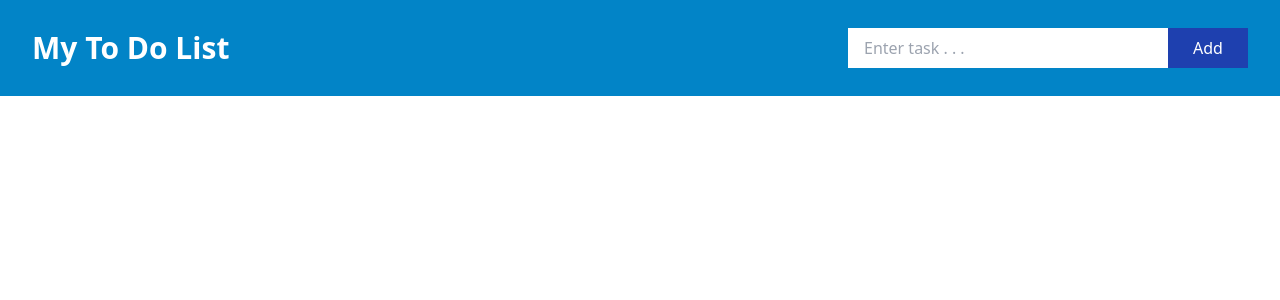
Repository: SaadYasin/react-to-do-list
Page: /
These files come from the project's save history. The page is drawn as it stood at one moment and after the next save; the edit follows.
The browser window is 1280 px wide. The pictures show the whole page.
The project was rebuilt for these pictures with package versions that can differ from the ones it lists, and the page was loaded fresh each time. Also part of the build but not shown: src/App.css.

Above is the page before, as saved 2022-11-05 22:06:36.

### public/index.html
<!DOCTYPE html>
<html lang="en">
  <head>
    <meta charset="utf-8" />
    <link rel="icon" href="%PUBLIC_URL%/favicon.ico" />
    <meta name="viewport" content="width=device-width, initial-scale=1" />
    <meta name="theme-color" content="#000000" />
    <meta
      name="description"
      content="Web site created using create-react-app"
    />
    <link rel="apple-touch-icon" href="%PUBLIC_URL%/logo192.png" />

    <link rel="manifest" href="%PUBLIC_URL%/manifest.json" />

    <title>React | To Do List</title>
  </head>
  <body>
    <noscript>You need to enable JavaScript to run this app.</noscript>
    <div id="root"></div>

  </body>
</html>

### src/App.js
import Header from './components/Header';
import './App.css';

function App() {
  return (
    <div>
      <Header />
    </div>
  );
}

export default App;

### src/components/Header.js
import React from 'react'
import Input from './Input'

const Header = () => {
  return (
    <div className="flex flex-col items-center md:flex-row md:justify-between h-24 bg-sky-600 px-8">
      <h1 className="text-3xl font-bold text-white my-2">My To Do List</h1>
      <Input />
    </div>
  );
}

export default Header

### src/components/Input.js
import React from 'react'

const Input = () => {
  return (
    <div>
      <form className="flex h-10 ">
        <input type="text" placeholder='Enter task . . .' className='px-4 w-80'/>
        <button className="bg-blue-800 w-20 text-white" type='submit'>Add</button>
      </form>
    </div>
  )
}

export default Input

Loaded but not shown: src/index.js (common file); src/index.css (common file); tailwind.config.js (common file)

After the next save:
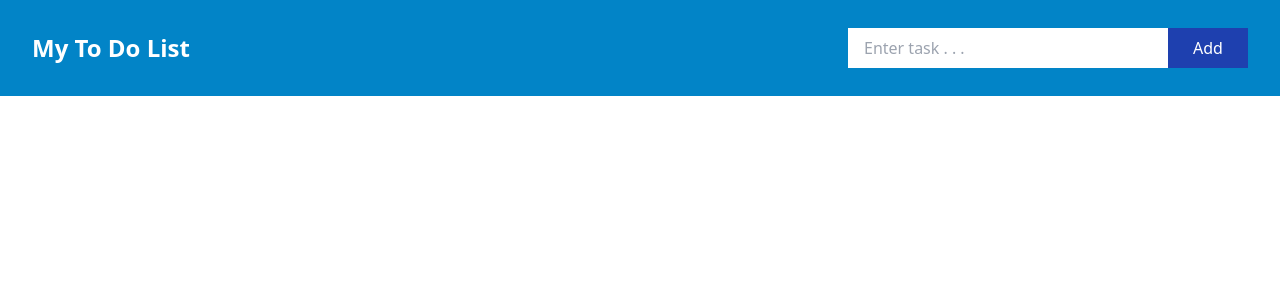
Saved 26 s later.
--- a/src/components/Header.js
+++ b/src/components/Header.js
@@ -4,7 +4,7 @@ import Input from './Input'
 const Header = () => {
   return (
     <div className="flex flex-col items-center md:flex-row md:justify-between h-24 bg-sky-600 px-8">
-      <h1 className="text-3xl font-bold text-white my-2">My To Do List</h1>
+      <h1 className="text-2xl font-bold text-white my-2">My To Do List</h1>
       <Input />
     </div>
   );
